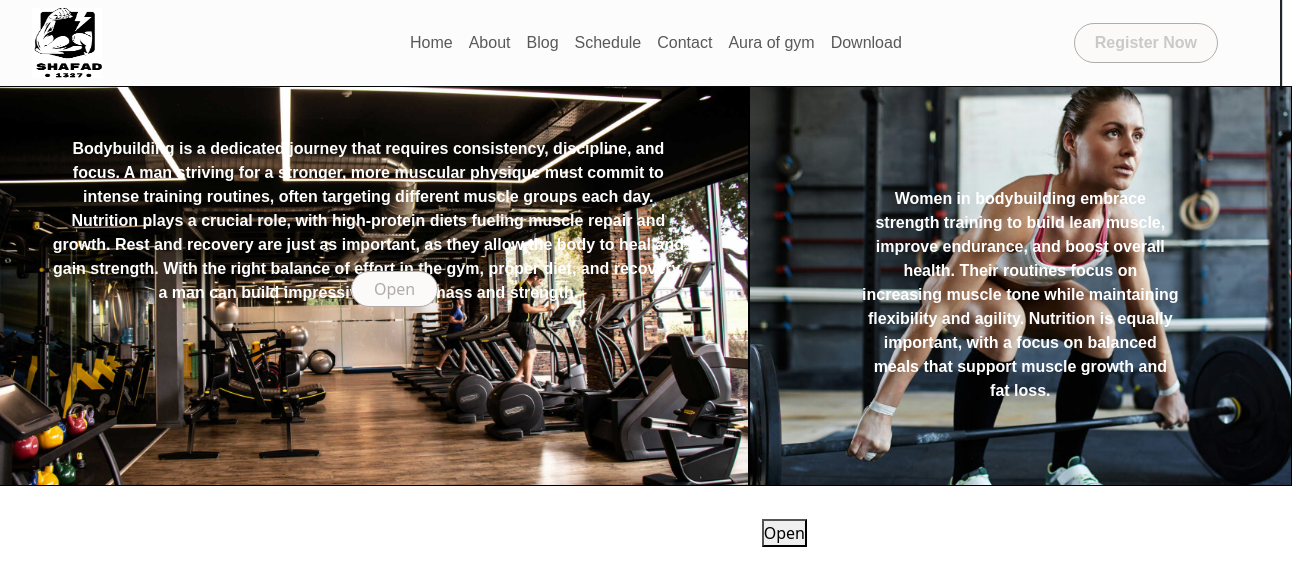
Repository: Daud-shafad/gymwebsite
Page: bootstrap-5.3.3-dist/bootstrap-5.3.3-dist/gym.html
An editor plug-in stored every save of this project. The page is shown before and after the next save, followed by the edit.
The browser window is 1280 px wide. The page is 1292 px wide, so the pictures cover 1292 px, including what lies to the right of the window. The pictures show the whole page.

Above is the page before, as saved 2024-12-28 13:53:12.

### bootstrap-5.3.3-dist/bootstrap-5.3.3-dist/gym.html
<!DOCTYPE html>
<html lang="en">
<head>
    <title>GYM WEBSITE</title>
    <meta charset="UTF-8">
    <meta name="viewport" content="width=device-width, initial-scale=1.0">
    <meta name="author" content="Daud_Shafad">
    <meta name="Description" content="This gym website front-end part">
    <meta name="keyword" content="html, css, bootstrap, front-end, gym, website">
    <link rel="stylesheet" href="gym.css">
    <link rel="stylesheet" href="css/bootstrap.css">


</head>
<body>

    <nav class="navbar navbar-expand-lg" style="background-color: rgb(253, 252, 252); box-shadow: 1px -1px 1px 1px">
        <div class="container-fluid">
          <img src="power.png" style="width: 70px;
          height: 70px; margin-left: 20px;" >
          <button class="navbar-toggler" type="button" data-bs-toggle="collapse" data-bs-target="#navbarSupportedContent" aria-controls="navbarSupportedContent" aria-expanded="false" aria-label="Toggle navigation">
            <span class="navbar-toggler-icon"></span>
          </button>
          <div class="collapse navbar-collapse" id="navbarSupportedContent" style="font-family: sans-serif;">
            <ul class="navbar-nav me-auto mb-2 mb-lg-0" style="margin-left: 300px;">
              <li class="nav-item" >
                <a class="nav-link" aria-current="page" href="#">Home</a>
              </li>
              <li class="nav-item" >
                <a class="nav-link" href="#">About</a>
              </li>
              <li class="nav-item">
                <a class="nav-link" href="#">Blog</a>
              </li>
              <li class="nav-item">
                <a class="nav-link" aria-disabled="false">Schedule</a>
              </li>
              <li class="nav-item">
                <a class="nav-link" aria-disabled="false">Contact</a>
              </li>
              <li class="nav-item">
                <a class="nav-link" aria-disabled="false">Aura of gym</a>
              </li>
              <li class="nav-item">
                <a class="nav-link" aria-disabled="false">Download</a>
              </li>
              </ul>
           <button class="btn-register">
            Register Now
           </button>
          </div>
        </div>
      </nav>

      <div class="row">
        <div class="col-7">
          <p class="p-man-bodybuilding">Bodybuilding is a dedicated journey that requires consistency, discipline, and focus. A man striving for a stronger, more muscular physique must commit to intense training routines, often targeting different muscle groups each day. Nutrition plays a crucial role, with high-protein diets fueling muscle repair and growth. Rest and recovery are just as important, as they allow the body to heal and gain strength. With the right balance of effort in the gym, proper diet, and recovery, a man can build impressive muscle mass and strength.</p>
          <button class="btn-open-1">Open</button>
        </div>
        <div class="col-5">
        <p class="p-women-bodybuilding">Women in bodybuilding embrace strength training to build lean muscle, improve endurance, and boost overall health. Their routines focus on increasing muscle tone while maintaining flexibility and agility. Nutrition is equally important, with a focus on balanced meals that support muscle growth and fat loss.</p>
        <button class="btn-open-2">Open</button>
    </div>
      </div>





    <script src="js/bootstrap.js"></script>


</body>
</html>

### bootstrap-5.3.3-dist/bootstrap-5.3.3-dist/gym.css
*{
    margin:0;
    padding: 0;
}

.btn-register{
    background-color: rgb(252, 249, 249);
    padding: 7px 20px 7px 20px;
    border: 1px solid rgb(177, 171, 171);
    cursor: pointer;
    border-radius: 25px;
    margin-right: 50px;
    font-family: sans-serif;
    font-size: 16px;
    font-weight: 600;
    color: rgb(204, 200, 200);
    text-transform: capitalize;
    transition: all 2s;
}

.btn-register:hover{
   background-color: rgb(177, 171, 171);
   color: rgb(252, 249, 249);
   border: rgb(252, 249, 249);
   letter-spacing: 2px;
   box-shadow: 2px 1px 2px 2px;

}

#navbarSupportedContent:hover{
    letter-spacing: 1px;
    color: black;
    cursor: pointer;
    transition: all 2s;
}

.row .col-7{

    background: url(Gym5.jpg);
    background-position: center;
    background-size: cover;
    background-repeat: no-repeat;
    height: 400px;
    border: 1px solid black;
}

.row .col-7 .p-man-bodybuilding{
    font-family: sans-serif;
    font-size: 16px;
    font-weight: 600;
    text-align: center;
    padding: 50px;
    color: white;
}

.row .col-7 .btn-open-1{
   background-color: rgb(252, 249, 249);
   color: rgb(177, 171, 171);
   border: 1px solid rgb(177, 171, 171);
   cursor: pointer;
   border-radius: 25px;
   padding: 5px 22px 5px 22px;
   margin: -100px 50px 50px 350px;
   vertical-align: top;
}

.row .col-5{
    background: url(Photowomen2.jpg);
    background-position: center;
    background-size: cover;
    background-repeat: no-repeat;
    height: 400px;
    border: 1px solid black;

}

.row .col-5 .p-women-bodybuilding{
    font-family: sans-serif;
    font-size: 16px;
    font-weight: 600;
    text-align: center;
    padding: 100px;
    color: white;
}

Loaded but not shown: bootstrap-5.3.3-dist/bootstrap-5.3.3-dist/css/bootstrap.css (library); bootstrap-5.3.3-dist/bootstrap-5.3.3-dist/js/bootstrap.js (library)

After the next save:
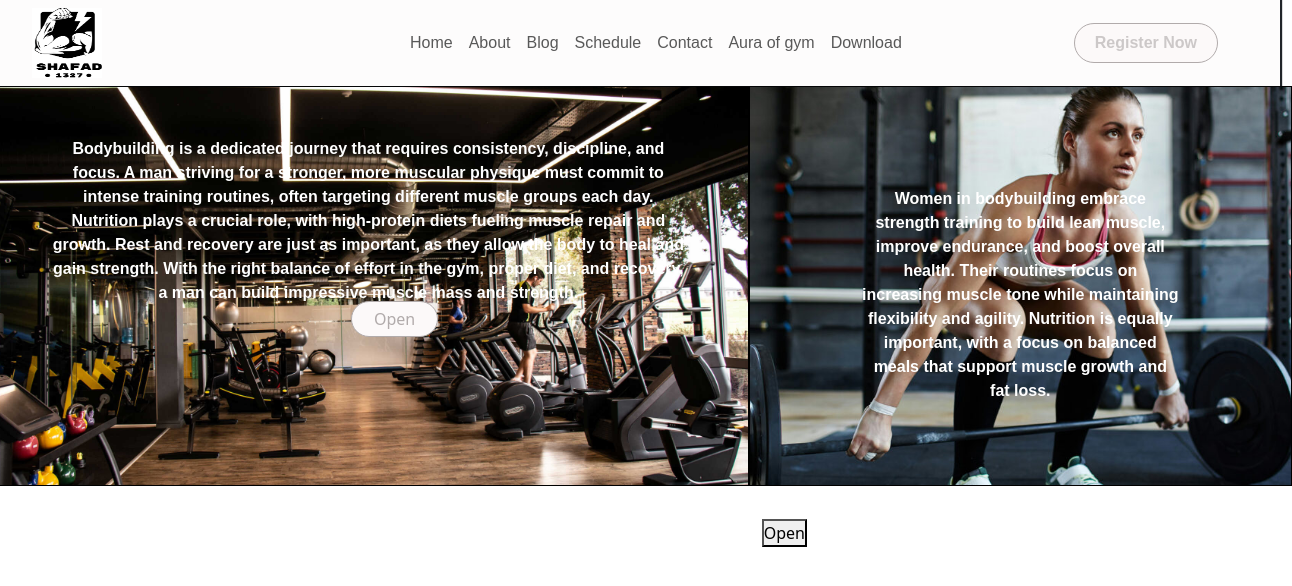
Saved 11 s later.
--- a/bootstrap-5.3.3-dist/bootstrap-5.3.3-dist/gym.css
+++ b/bootstrap-5.3.3-dist/bootstrap-5.3.3-dist/gym.css
@@ -60,7 +60,7 @@
    cursor: pointer;
    border-radius: 25px;
    padding: 5px 22px 5px 22px;
-   margin: -100px 50px 50px 350px;
+   margin: -70px 50px 50px 350px;
    vertical-align: top;
 }
 
